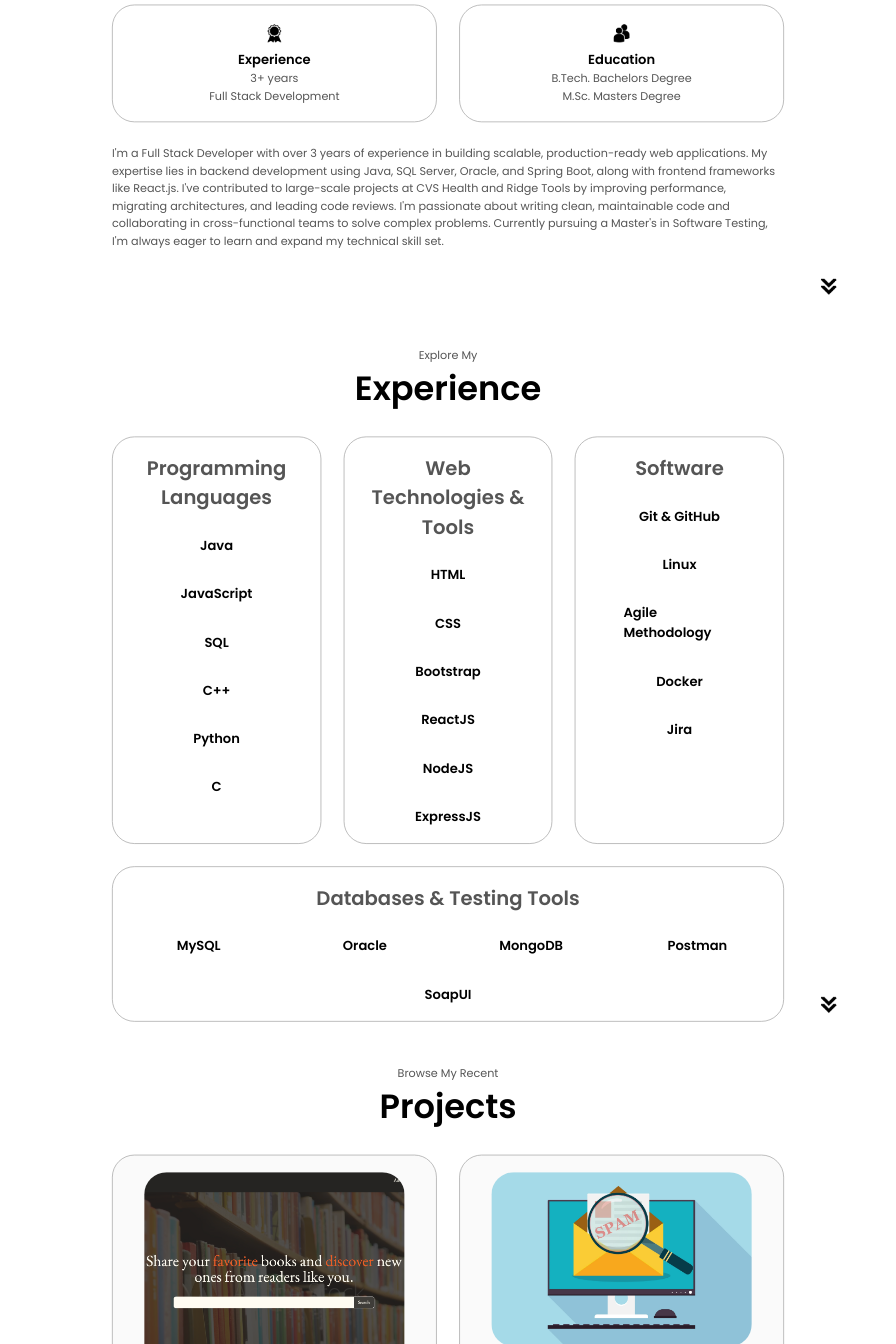
Repository: Pradnya-07/Portfolio-Pradnya
Page: index.html
These files come from the project's save history. The page is drawn as it stood at one moment and after the next save; the edit follows.
The browser window is 1280 px wide. The pictures show the part of the page from y = 1041 to 2961 px (the page is 4414 px tall), at 70% of full size.

Above is the page before, as saved 2025-04-25 16:44:34.

### index.html
<!DOCTYPE html>
<html lang="en">
  <head>
    <meta charset="UTF-8" />
    <meta http-equiv="X-UA-Compatible" content="IE=edge" />
    <meta name="viewport" content="width=device-width, initial-scale=1.0" />
    <title>My Portfolio</title>
    <link rel="stylesheet" href="style.css" />
    <link rel="stylesheet" href="mediaqueries.css" />
  </head>
  <body>
    <nav id="desktop-nav">
      <div class="logo">Pradnya Baviskar</div>
      <div>
        <ul class="nav-links">
          <li><a href="#about">About</a></li>
          <li><a href="#experience">Experience</a></li>
          <li><a href="#projects">Projects</a></li>
          <li><a href="#contact">Contact</a></li>
        </ul>
      </div>
    </nav>
    <nav id="hamburger-nav">
      <div class="logo">Pradnya Baviskar</div>
      <div class="hamburger-menu">
        <div class="hamburger-icon" onclick="toggleMenu()">
          <span></span>
          <span></span>
          <span></span>
        </div>
        <div class="menu-links">
          <li><a href="#about" onclick="toggleMenu()">About</a></li>
          <li><a href="#experience" onclick="toggleMenu()">Experience</a></li>
          <li><a href="#projects" onclick="toggleMenu()">Projects</a></li>
          <li><a href="#contact" onclick="toggleMenu()">Contact</a></li>
        </div>
      </div>
    </nav>
    <section id="profile">
      <div class="section__pic-container">
        <img src="./assets/profile-pic.JPG" alt="Pradnya Baviskar profile picture" />
      </div>
      <div class="section__text">
        <p class="section__text__p1">Hello, I'm</p>
        <h1 class="title">Pradnya Baviskar</h1>
        <p class="section__text__p2">Software Developer - Full Stack</p>
        <div class="btn-container">
          <button
            class="btn btn-color-2"
            onclick="window.open('./assets/resume-example.pdf')"
          >
            Download CV
          </button>
          <button class="btn btn-color-1" onclick="location.href='./#contact'">
            Contact Info
          </button>
        </div>
        <div id="socials-container">
          <img
            src="./assets/linkedin.png"
            alt="My LinkedIn profile"
            class="icon"
            onclick="location.href='https://linkedin.com/'"
          />
          <img
            src="./assets/github.png"
            alt="My Github profile"
            class="icon"
            onclick="location.href='https://github.com/'"
          />
        </div>
      </div>
    </section>
    <section id="about">
      <p class="section__text__p1">Get To Know More</p>
      <h1 class="title">About Me</h1>
      <div class="section-container">

        <div class="about-details-container">
          <div class="about-containers">
            <div class="details-container">
              <img
                src="./assets/experience.png"
                alt="Experience icon"
                class="icon"
              />
              <h3>Experience</h3>
              <p>3+ years <br />Full Stack Development</p>
            </div>
            <div class="details-container">
              <img
                src="./assets/education.png"
                alt="Education icon"
                class="icon"
              />
              <h3>Education</h3>
              <p>B.Tech. Bachelors Degree<br />M.Sc. Masters Degree</p>
            </div>
          </div>
          <div class="text-container">
            <p>
              I'm a Full Stack Developer with over 3 years of experience in building scalable, production-ready web applications.
              My expertise lies in backend development using Java, SQL Server, Oracle, and Spring Boot, along with frontend frameworks like React.js.
              I've contributed to large-scale projects at CVS Health and Ridge Tools by improving performance, migrating architectures, and leading code reviews.
               I'm passionate about writing clean, maintainable code and collaborating in cross-functional teams to solve complex problems.
              Currently pursuing a Master's in Software Testing,
              I'm always eager to learn and expand my technical skill set.
            </p>
          </div>
        </div>
      </div>
      <img
        src="./assets/arrow.png"
        alt="Arrow icon"
        class="icon arrow"
        onclick="location.href='./#experience'"
      />
    </section>
    <section id="experience">
      <p class="section__text__p1">Explore My</p>
      <h1 class="title">Experience</h1>
      <div class="experience-details-container">
        <div class="about-containers">
          <div class="details-container">
            <h2 class="experience-sub-title">Programming Languages</h2>
            <div class="article-container">
              <article class="skills">

                <div>
                  <h3 class="skills">Java</h3>
                </div>
              </article>
              <article class="skills">

                <div>
                  <h3 class="skills">JavaScript</h3>

                </div>
              </article>
              <article class="skills">

                <div>
                  <h3 class="skills">SQL</h3>

                </div>
              </article>
              <article class="skills">

                <div>
                  <h3 class="skills">C++</h3>

                </div>
              </article>
              <article class="skills">

                <div>
                  <h3>Python</h3>
                </div>
              </article>
              <article class="skills">

                <div>
                  <h3 class="skills">C</h3>
                </div>
              </article>

            </div>
          </div>

          <div class="details-container">
            <h2 class="experience-sub-title">Web Technologies & Tools</h2>
            <div class="article-container">
              <article>

                <div>
                  <h3>HTML</h3>
                </div>
              </article>
              <article>

                <div>
                  <h3>CSS</h3>
                </div>
              </article>
              <article>

                <div>
                  <h3>Bootstrap</h3>
                </div>
              </article>
              <article>

                <div>
                  <h3>ReactJS</h3>
                </div>
              </article>
              <article>

                <div>
                  <h3>NodeJS</h3>
                </div>
              </article>
              <article>

                <div>
                  <h3>ExpressJS</h3>
                </div>
              </article>
            </div>
          </div>

          <div class="details-container">
            <h2 class="experience-sub-title">Software</h2>
            <div class="article-container">
              <article>

                <div>
                  <h3>Git & GitHub</h3>
                </div>
              </article>
              <article>

                <div>
                  <h3>Linux</h3>
                </div>
              </article>

              <article>

                <div>
                  <h3>Agile Methodology</h3>
                </div>
              </article>

              <article>

                <div>
                  <h3>Docker</h3>
                </div>
              </article>
              <article>

                <div>
                  <h3>Jira</h3>
                </div>
              </article>
            </div>
          </div>

          <div class="details-container">
            <h2 class="experience-sub-title">Databases & Testing Tools</h2>
            <div class="article-container">
              <article>

                <div>
                  <h3>MySQL</h3>
                </div>
              </article>
              <article>

                <div>
                  <h3>Oracle</h3>
                </div>
              </article>
              <article>

                <div>
                  <h3>MongoDB</h3>
                </div>
              </article>
              <article>

                <div>
                  <h3>Postman</h3>
                </div>
              </article>
              <article>

                <div>
                  <h3>SoapUI</h3>
                </div>
              </article>

            </div>
          </div>


        </div>
      </div>
      <img
        src="./assets/arrow.png"
        alt="Arrow icon"
        class="icon arrow"
        onclick="location.href='./#projects'"
      />
    </section>

    <section id="projects">
      <p class="section__text__p1">Browse My Recent</p>
      <h1 class="title">Projects</h1>
      <div class="experience-details-container">
        <div class="about-containers">
          <div class="details-container color-container">
            <div class="article-container">
              <img
                src="./assets/project1.png"
                alt="Project 1"
                class="project-img"
              />
            </div>
            <h2 class="experience-sub-title project-title">My Book Nest</h2>
            <div class="btn-container">
              <button
                class="btn btn-color-2 project-btn"
                onclick="location.href='https://github.com/Pradnya-07/Pradnya-s_Library'"
              >
                Github
              </button>
              <button
                class="btn btn-color-2 project-btn"
                onclick="location.href='https://pradnya-s-library.onrender.com'"
              >
                Live Demo
              </button>
            </div>
          </div>
          <div class="details-container color-container">
            <div class="article-container">
              <img
                src="./assets/scam.png"
                alt="Project 2"
                class="project-img"
              />
            </div>
            <h2 class="experience-sub-title project-title">Spam Email Detection</h2>
            <div class="btn-container">
              <button
                class="btn btn-color-2 project-btn"
                onclick="location.href='https://github.com/Pradnya-07/Spam_Email_Detection'"
              >
                Github
              </button>
              <button
                class="btn btn-color-2 project-btn"
                onclick="location.href='https://spam-email-detection-9in7.onrender.com'"
              >
                Live Demo
              </button>
            </div>
          </div>
          <div class="details-container color-container">
            <div class="article-container">
              <img
                src="./assets/scam.png"
                alt="Project 3"
                class="project-img"
              />
            </div>
            <h2 class="experience-sub-title project-title">Weather Forecast</h2>
            <div class="btn-container">
              <button
                class="btn btn-color-2 project-btn"
                onclick="location.href='https://github.com/'"
              >
                Github
              </button>
              <button
                class="btn btn-color-2 project-btn"
                onclick="location.href='https://github.com/'"
              >
                Live Demo
              </button>
            </div>
          </div>
        </div>
      </div>
      <img
        src="./assets/arrow.png"
        alt="Arrow icon"
        class="icon arrow"
        onclick="location.href='./#contact'"
      />
    </section>
    <section id="contact">
      <p class="section__text__p1">Get in Touch</p>
      <h1 class="title">Contact Me</h1>
      <div class="contact-info-upper-container">
        <div class="contact-info-container">
          <img
            src="./assets/email.png"
            alt="Email icon"
            class="icon contact-icon email-icon"
          />
          <p><a href="mailto:pradnyabaviskar56p@gmail.com">pradnyabaviskar56p@gmail.com</a></p>
        </div>
        <div class="contact-info-container">
          <img
            src="./assets/linkedin.png"
            alt="LinkedIn icon"
            class="icon contact-icon"
          />
          <p><a href="https://www.linkedin.com">LinkedIn</a></p>
        </div>
      </div>
    </section>
    <footer>
      <nav>
        <div class="nav-links-container">
          <ul class="nav-links">
            <li><a href="#about">About</a></li>
            <li><a href="#experience">Experience</a></li>
            <li><a href="#projects">Projects</a></li>
            <li><a href="#contact">Contact</a></li>
          </ul>
        </div>
      </nav>
      <p>Copyright &#169; 2025 Pradnya Baviskar. All Rights Reserved.</p>
    </footer>
    <script src="script.js"></script>
  </body>
</html>

### style.css
/* GENERAL */

@import url("https://fonts.googleapis.com/css2?family=Poppins:wght@300;400;500;600&display=swap");

* {
  margin: 0;
  padding: 0;
}

body {
  font-family: "Poppins", sans-serif;
}

html {
  scroll-behavior: smooth;
}

p {
  color: rgb(85, 85, 85);
}

/* TRANSITION */

a,
.btn {
  transition: all 300ms ease;
}

/* DESKTOP NAV */

nav,
.nav-links {
  display: flex;
}

nav {
  justify-content: space-around;
  align-items: center;
  height: 17vh;
}

.nav-links {
  gap: 2rem;
  list-style: none;
  font-size: 1.5rem;
}

a {
  color: black;
  text-decoration: none;
  text-decoration-color: white;
}

a:hover {
  color: grey;
  text-decoration: underline;
  text-underline-offset: 1rem;
  text-decoration-color: rgb(181, 181, 181);
}

.logo {
  font-size: 2rem;
}

.logo:hover {
  cursor: default;
}

/* HAMBURGER MENU */

#hamburger-nav {
  display: none;
}

.hamburger-menu {
  position: relative;
  display: inline-block;
}

.hamburger-icon {
  display: flex;
  flex-direction: column;
  justify-content: space-between;
  height: 24px;
  width: 30px;
  cursor: pointer;
}

.hamburger-icon span {
  width: 100%;
  height: 2px;
  background-color: black;
  transition: all 0.3 ease-in-out;
}

.menu-links {
  position: absolute;
  top: 100%;
  right: 0;
  background-color: white;
  width: fit-content;
  max-height: 0;
  overflow: hidden;
  transition: all 0.3 ease-in-out;
}

.menu-links a {
  display: block;
  padding: 10px;
  text-align: center;
  font-size: 1.5rem;
  color: black;
  text-decoration: none;
  transition: all 0.3 ease-in-out;
}

.menu-links li {
  list-style: none;
}

.menu-links.open {
  max-height: 300px;
}

.hamburger-icon.open span:first-child {
  transform: rotate(45deg) translate(10px, 5px);
}

.hamburger-icon.open span:nth-child(2) {
  opacity: 0;
}

.hamburger-icon.open span:last-child {
  transform: rotate(-45deg) translate(10px, -5px);
}

.hamburger-icon span:first-child {
  transform: none;
}

.hamburger-icon span:first-child {
  opacity: 1;
}

.hamburger-icon span:first-child {
  transform: none;
}

/* SECTIONS */

section {
  padding-top: 4vh;
  height: 96vh;
  margin: 0 10rem;
  box-sizing: border-box;
  min-height: fit-content;
}

.section-container {
  display: flex;
}

.skills {
  text-align: left;

}

/* PROFILE SECTION */

#profile {
  display: flex;
  justify-content: center;
  gap: 5rem;
  height: 80vh;
}

.section__pic-container {
  display: flex;
  height: 400px;
  width: 400px;
  margin: auto 0;
}

.section__text {
  align-self: center;
  text-align: center;
}

.section__text p {
  font-weight: 600;
}

.section__text__p1 {
  text-align: center;
}

.section__text__p2 {
  font-size: 1.75rem;
  margin-bottom: 1rem;
}

.title {
  font-size: 3rem;
  text-align: center;
}

#socials-container {
  display: flex;
  justify-content: center;
  margin-top: 1rem;
  gap: 1rem;
}

/* ICONS */

.icon {
  cursor: pointer;
  height: 2rem;
}

/* BUTTONS */

.btn-container {
  display: flex;
  justify-content: center;
  gap: 1rem;
}

.btn {
  font-weight: 600;
  transition: all 300ms ease;
  padding: 1rem;
  width: 8rem;
  border-radius: 2rem;
}

.btn-color-1,
.btn-color-2 {
  border: rgb(53, 53, 53) 0.1rem solid;
}

.btn-color-1:hover,
.btn-color-2:hover {
  cursor: pointer;
}

.btn-color-1,
.btn-color-2:hover {
  background: rgb(53, 53, 53);
  color: white;
}

.btn-color-1:hover {
  background: rgb(0, 0, 0);
}

.btn-color-2 {
  background: none;
}

.btn-color-2:hover {
  border: rgb(255, 255, 255) 0.1rem solid;
}

.btn-container {
  gap: 1rem;
}

/* ABOUT SECTION */

#about {
  position: relative;
}

.about-containers {
  gap: 2rem;
  margin-bottom: 2rem;
  margin-top: 2rem;
}

.about-details-container {
  justify-content: center;
  flex-direction: column;
}

.about-containers,
.about-details-container {
  display: flex;
}

.about-pic {
  border-radius: 2rem;
}

.arrow {
  position: absolute;
  right: -5rem;
  bottom: 2.5rem;
}

.details-container {
  padding: 1.5rem;
  flex: 1;
  background: white;
  border-radius: 2rem;
  border: rgb(53, 53, 53) 0.1rem solid;
  border-color: rgb(163, 163, 163);
  text-align: center;
}

.section-container {
  gap: 4rem;
  height: 80%;
}

.section__pic-container {
  height: 400px;
  width: 400px;
  margin: auto 0;
}

/* EXPERIENCE SECTION */

#experience {
  position: relative;
}

.experience-sub-title {
  color: rgb(85, 85, 85);
  font-weight: 600;
  font-size: 1.75rem;
  margin-bottom: 2rem;
}

.experience-details-container {
  display: flex;
  justify-content: center;
  flex-direction: column;
}

.article-container {
  display: flex;
  text-align: initial;
  flex-wrap: wrap;
  flex-direction: row;
  gap: 2.5rem;
  justify-content: space-around;
}

article {
  display: flex;
  width: 10rem;
  justify-content: space-around;
  gap: 0.5rem;
}

article .icon {
  cursor: default;
}

/* PROJECTS SECTION */

#projects {
  position: relative;
}

.color-container {
  border-color: rgb(163, 163, 163);
  background: rgb(250, 250, 250);
}

.project-img {
  border-radius: 2rem;
  width: 90%;
  height: 90%;
}

.project-title {
  margin: 1rem;
  color: black;
}

.project-btn {
  color: black;
  border-color: rgb(163, 163, 163);
}

/* CONTACT */

#contact {
  display: flex;
  justify-content: center;
  flex-direction: column;
  height: 70vh;
}

.contact-info-upper-container {
  display: flex;
  justify-content: center;
  border-radius: 2rem;
  border: rgb(53, 53, 53) 0.1rem solid;
  border-color: rgb(163, 163, 163);
  background: (250, 250, 250);
  margin: 2rem auto;
  padding: 0.5rem;
}

.contact-info-container {
  display: flex;
  align-items: center;
  justify-content: center;
  gap: 0.5rem;
  margin: 1rem;
}

.contact-info-container p {
  font-size: larger;
}

.contact-icon {
  cursor: default;
}

.email-icon {
  height: 2.5rem;
}

/* FOOTER SECTION */

footer {
  height: 26vh;
  margin: 0 1rem;
}

footer p {
  text-align: center;
}

### mediaqueries.css
@media screen and (max-width: 1400px) {
  #profile {
    height: 83vh;
    margin-bottom: 6rem;
  }
  .about-containers {
    flex-wrap: wrap;
  }
  #contact,
  #projects {
    height: fit-content;
  }
}

@media screen and (max-width: 1200px) {
  #desktop-nav {
    display: none;
  }
  #hamburger-nav {
    display: flex;
  }
  #experience,
  .experience-details-container {
    margin-top: 2rem;
  }
  #profile,
  .section-container {
    display: block;
  }
  .arrow {
    display: none;
  }
  section,
  .section-container {
    height: fit-content;
  }
  section {
    margin: 0 5%;
  }
  .section__pic-container {
    width: 275px;
    height: 275px;
    margin: 0 auto 2rem;
  }
  .about-containers {
    margin-top: 0;
  }
}

@media screen and (max-width: 600px) {
  #contact,
  footer {
    height: 40vh;
  }
  #profile {
    height: 83vh;
    margin-bottom: 0;
  }
  article {
    font-size: 1rem;
  }
  footer nav {
    height: fit-content;
    margin-bottom: 2rem;
  }
  .about-containers,
  .contact-info-upper-container,
  .btn-container {
    flex-wrap: wrap;
  }
  .contact-info-container {
    margin: 0;
  }
  .contact-info-container p,
  .nav-links li a {
    font-size: 1rem;
  }
  .experience-sub-title {
    font-size: 1.25rem;
  }
  .logo {
    font-size: 1.5rem;
  }
  .nav-links {
    flex-direction: column;
    gap: 0.5rem;
    text-align: center;
  }
  .section__pic-container {
    width: auto;
    height: 46vw;
    justify-content: center;
  }
  .section__text__p2 {
    font-size: 1.25rem;
  }
  .title {
    font-size: 2rem;
  }
  .text-container {
    text-align: justify;
  }
}

Loaded but not shown: script.js (common file)

After the next save:
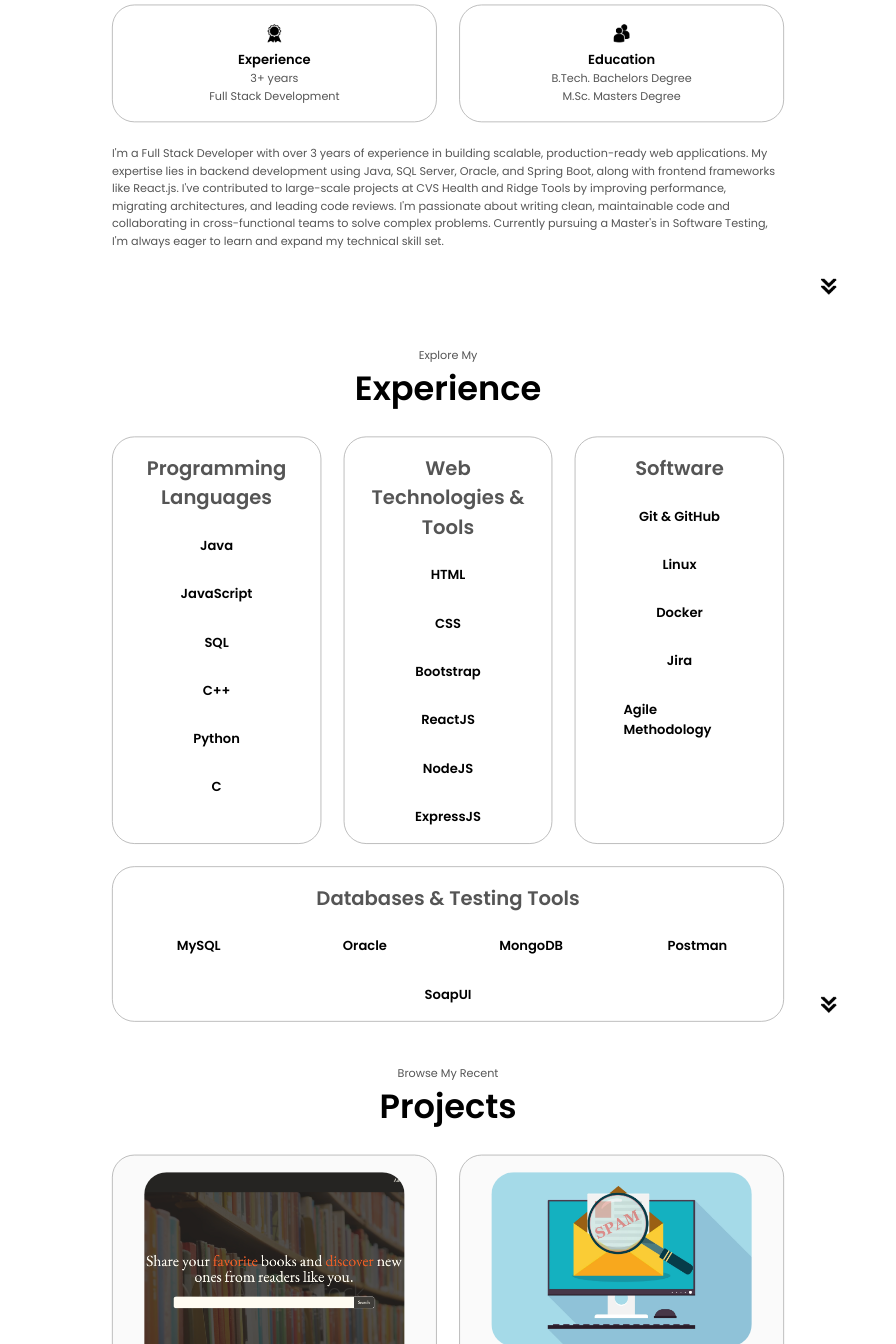
Saved 41 s later.
--- a/index.html
+++ b/index.html
@@ -225,23 +225,24 @@
                 </div>
               </article>
 
+
+
+              <article>
+
+                <div>
+                  <h3>Docker</h3>
+                </div>
+              </article>
+              <article>
+
+                <div>
+                  <h3>Jira</h3>
+                </div>
+              </article>
               <article>
 
                 <div>
                   <h3>Agile Methodology</h3>
-                </div>
-              </article>
-
-              <article>
-
-                <div>
-                  <h3>Docker</h3>
-                </div>
-              </article>
-              <article>
-
-                <div>
-                  <h3>Jira</h3>
                 </div>
               </article>
             </div>
